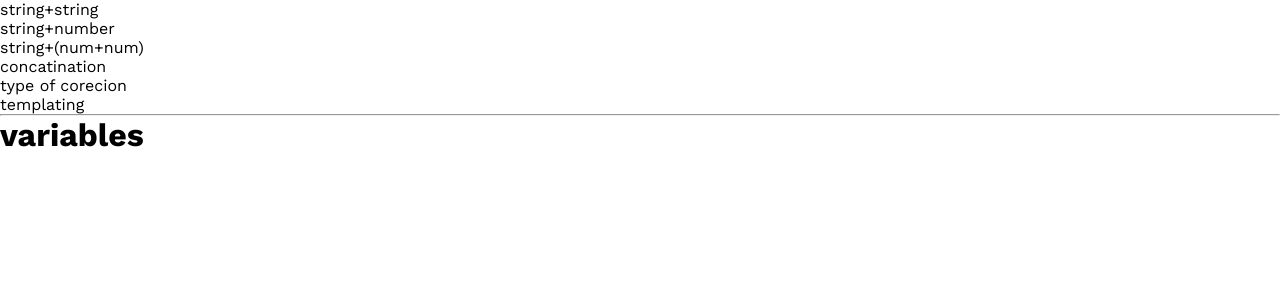
Repository: neelpatel6262/task-manager
Page: index.html
The author's editor kept a copy of each file at every save. The page is drawn from the files as they stood at one save, then again after the next save.
The browser window is 1280 px wide. The pictures show the whole page.
Some web fonts or font styles are not loaded; a fallback is used.

Above is the page before, as saved 2025-07-17 12:25:58.

After the next save:
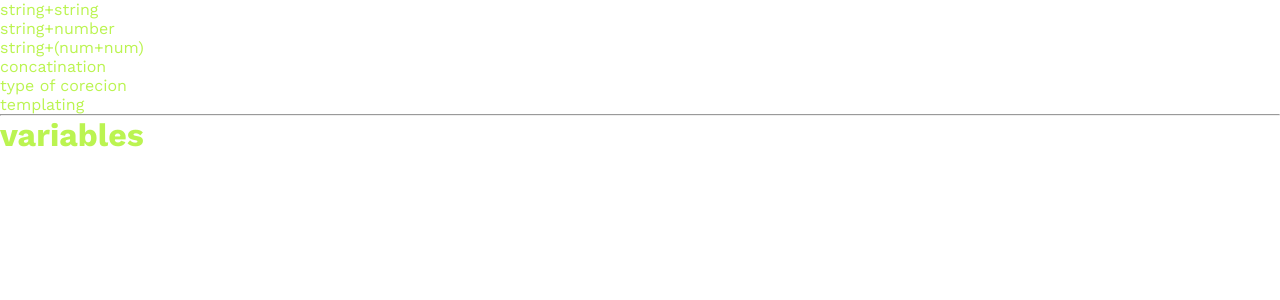
Saved 2 min 11 s later.
--- a/style.css
+++ b/style.css
@@ -3,4 +3,5 @@
   padding: 0;
   box-sizing: border-box;
  font-family: "Work Sans", sans-serif;
+ color:oklch(0.897 0.196 126.665);
 }
